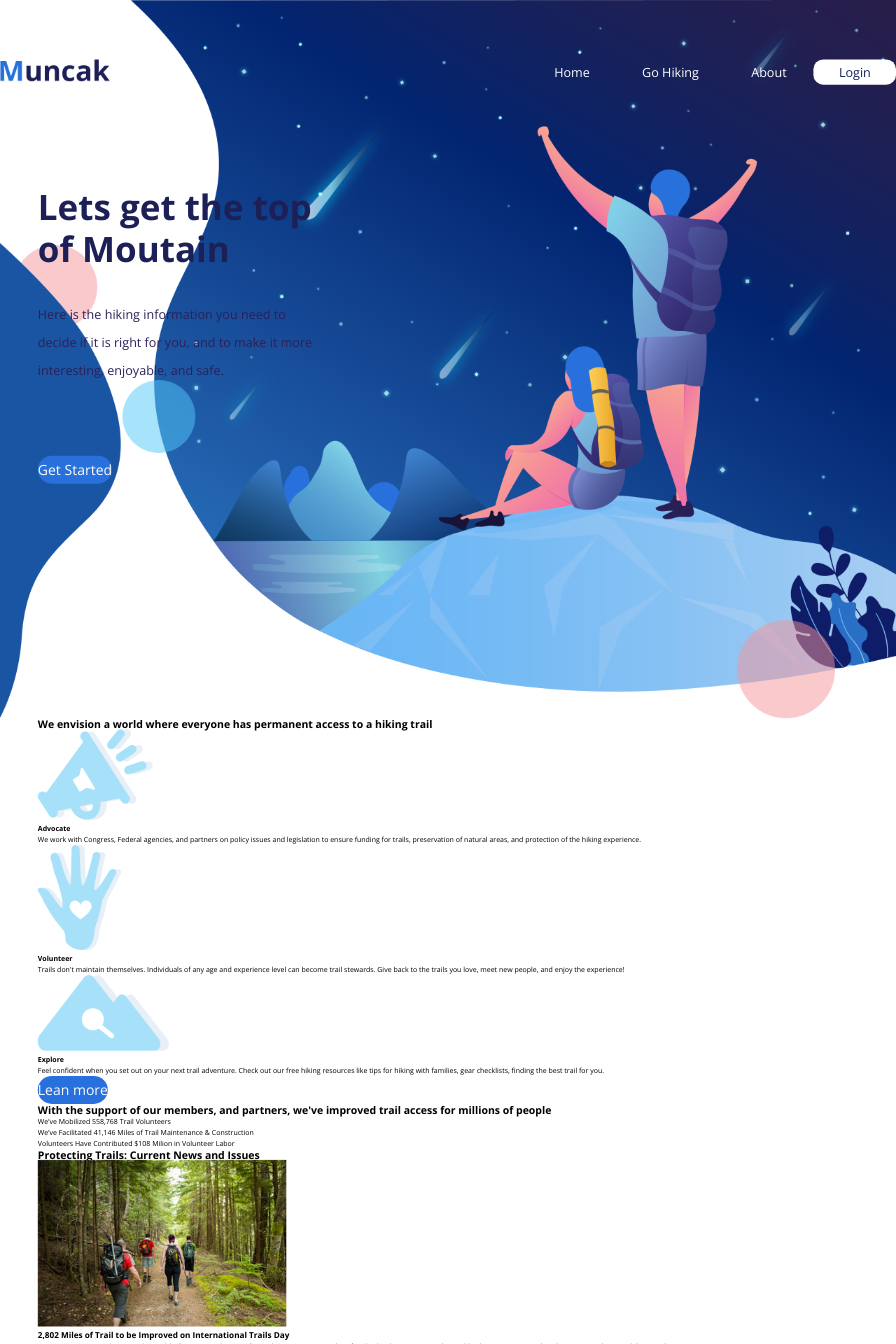
Repository: huubinh98/Project
Page: muncak/index.html
The author's editor kept a copy of each file at every save. The page is drawn from the files as they stood at one save, then again after the next save.
The browser window is 1280 px wide. The pictures show the part of the page from y = 0 to 1920 px (the page is 3013 px tall), at 70% of full size.

Above is the page before, as saved 2021-08-28 16:43:49.

### muncak/index.html
<!DOCTYPE html>
<html lang="en">

<head>
    <meta charset="UTF-8">
    <meta http-equiv="X-UA-Compatible" content="IE=edge">
    <meta name="viewport" content="width=device-width, initial-scale=1.0">
    <link rel="stylesheet" href="./style.css">
    <link rel="preconnect" href="https://fonts.googleapis.com">
    <link rel="preconnect" href="https://fonts.gstatic.com" crossorigin>
    <link href="https://fonts.googleapis.com/css2?family=Open+Sans:wght@300;400;600;700&display=swap" rel="stylesheet">
    <title>Muncak</title>
</head>

<body>
    <header class="header">
        <div class="container header-nav">
            <h1 class="logo"><a href="" class="logo-link"><img src="./image/Muncak.png" alt="" class="logo-img"></a>
            </h1>
            <ul class="nav-list">
                <li class="nav-item">
                    <a href="" class="nav-item-link">Home</a>
                </li>
                <li class="nav-item">
                    <a href="" class="nav-item-link">Go Hiking</a>
                </li>
                <li class="nav-item">
                    <a href="" class="nav-item-link">About</a>
                </li>
                <li class="nav-item">
                    <a href="" class="nav-item-link nav-highlight">Login</a>
                </li>
            </ul>
        </div>
        <div class="container-small">
            <h1 class="heading-banner">Lets get the top of Moutain</h1>
            <p class="heading-desc">Here is the hiking information you need to decide
                if it is right for you, and to make it more interesting,
                enjoyable, and safe.</p>
            <a href="#" class="btn"> Get Started</a>
        </div>
    </header>
    <section class="about">
        <div class="container-small">
            <h2 class="heading-name">We envision a world where everyone
                has permanent access to a hiking trail</h2>
            <div class="about-item">
                <img src="./image/loa.png" alt="loa" class="about-img">
                <div class="about-content">
                    <h4 class="about-content-heading">Advocate</h4>
                    <p class="about-content-desc">We work with Congress, Federal agencies, and partners on policy issues
                        and legislation to ensure funding for trails, preservation of natural areas, and protection of
                        the hiking experience.</p>
                </div>
            </div>
            <div class="about-item">
                <img src="./image/bantay.png" alt="loa" class="about-img">
                <div class="about-content">
                    <h4 class="about-content-heading">Volunteer </h4>
                    <p class="about-content-desc">Trails don't maintain themselves. Individuals of any age and
                        experience level can become trail stewards. Give back to the trails you love, meet new people,
                        and enjoy the experience!</p>
                </div>
            </div>
            <div class="about-item">
                <img src="./image/nui.png" alt="loa" class="about-img">
                <div class="about-content">
                    <h4 class="about-content-heading">Explore</h4>
                    <p class="about-content-desc">Feel confident when you set out on your next trail adventure. Check
                        out our free hiking resources like tips for hiking with families, gear checklists, finding the
                        best trail for you.</p>
                </div>
            </div>
            <a href="" class="btn">Lean more</a>
        </div>
        <div class="container-small">
            <h2 class="heading-name">With the support of our members, and partners, we've improved trail access for millions of people</h2>
            <div class="customer-content">
                <p class="customer-text">We’ve Mobilized <span>558,768</span> Trail Volunteers</p>
                <p class="customer-text">We’ve Facilitated <span>41,146</span>
                    Miles of Trail Maintenance & Construction</p>
                <p class="customer-text">Volunteers Have Contributed <span>$108 Milion</span> in Volunteer Labor</p>
            </div>
        </div>
    </section>

    <!-- -----------new--------------- -->
    <section class="new">
        <div class="container-small">
            <h2 class="heading-name">Protecting Trails: Current News and Issues</h2>
            <div class="new-content">
                <div class="new-item">
                    <a href="#" class="new-item-link">
                        <img src="./image/pic1.jpg" alt="pic1" class="new-item-img">
                    </a>
                    <div class="new-item-text">
                        <h3 class="new-item-name">2,802 Miles of Trail to be Improved on International Trails Day</h3>
                        <p class="new-item-desc">On June 2, 2018, people across the worldwill come together to
                            collectively improve 2,802 miles of trail—the distance across the world—during International
                            Trails Day. Muncak invites hikers, cyclists,…</p>
                        <a href="#" class="new-item-link">Read More</a>
                    </div>
                </div>
                <div class="new-item">
                    <a href="#" class="new-item-link">
                        <img src="./image/pic2.jpg" alt="pic1" class="new-item-img">
                    </a>
                    <div class="new-item-text">
                        <h3 class="new-item-name">Four Ways to Celebrate International Trails Day on a Bicycle</h3>
                        <p class="new-item-desc">There are many ways to celebrate the International Trails Day on June 2. It’s even possible to participate on a bicycle. And if you go on a bike overnight trip during International Trails Dayyou will simultaneously…</p>
                        <a href="#" class="new-item-link">Read More</a>
                    </div>
                </div>
                <div class="new-item">
                    <a href="#" class="new-item-link">
                        <img src="./image/pic3.jpg" alt="pic1" class="new-item-img">
                    </a>
                    <div class="new-item-text">
                        <h3 class="new-item-name">Millennials are the Future of our Trails</h3>
                        <p class="new-item-desc">The smell of fresh dew is a welcome scent, as the crunch of my boots melds with the sound of the birds singing their morning song. It’s early and I am wearing layers, but it won’t be long until they are peeled away to adapt to the summer…</p>
                        <a href="#" class="new-item-link">Read More</a>
                    </div>
                </div>
            </div>
        </div>
    </section>

    <div class="contact-footer">
        <div class="container">
            <h5 class="contact-heading">Receive the latest updates on how to protect trails.
                Subscribe to the monthly edition of Paperless Trails.</h5>
            <form action="">
                <input type="text" name="Name" id="" class="form-input">
                <input type="text" name="Email" id="" class="form-input">
                <button type="submit">Subscribe</button>
            </form>
        </div>
        <footer class="footer container">
            <div class="footer-info">
                <div class="footer-item">
                    <h4>Contact US</h4>
                    <p>Muncak hiking society
                        8605 Second Ave.
                        Silver Spring, MD 20910</p>
                    <p>
                        <span>Info@muncak.org</span>
                        <span>1-301-565-6704 (Main)</span>
                        <span>1-800-972-8608 (Toll-free)</span>
                    </p>
                </div>
                <div class="footer-item">
                    <h4>About us</h4>
                    <ul>
                        <li>
                            <a href="">Our Mission</a>
                        </li>
                        <li>
                            <a href="">Our Team</a>
                        </li>
                        <li>
                            <a href="">Corporate Sponsors</a>
                        </li>
                        <li>
                            <a href="">Financials</a>
                        </li>
                        <li>
                            <a href="">Media Center</a>
                        </li>
                    </ul>
                </div>
                <div class="footer-item">
                    <h4>Our Programs</h4>
                    <ul>
                        <li>
                            <a href="">Hike The Hill</a>
                        </li>
                        <li>
                            <a href="">Volunteer Vacations</a>
                        </li>
                        <li>
                            <a href="">Alternative Break</a>
                        </li>
                    </ul>
                </div>
                <div class="footer-item">
                    <h4>support trails</h4>
                    <ul>
                        <li>
                            <a href="">Donate</a>
                        </li>
                        <li>
                            <a href="">Individual Membership</a>
                        </li>
                        <li>
                            <a href="">Gift membership</a>
                        </li>
                        <li>
                            <a href="">Hiker Store</a>
                        </li>
                    </ul>
                </div>
                <div class="footer-item">
                    <h4>hiking resources</h4>
                    <ul>
                        <li>
                            <a href="">Hikes Near You</a>
                        </li>
                        <li>
                            <a href="">Hiking 101</a>
                        </li>
                        <li>
                            <a href="">Muncak Blog</a>
                        </li>
                        <li>
                            <a href="">Hiking Organizations</a>
                        </li>
                    </ul>
                </div>
            </div>
            <ul class="socical">
                <li class="socical-item">
                    <a href="" class="socical-item-link">
                        <img src="./image/instar.png" alt="" class="socical-item-img">
                    </a>
                </li>
                <li class="socical-item">
                    <a href="" class="socical-item-link">
                        <img src="./image/facebook.png" alt="" class="socical-item-img">
                    </a>
                </li>
                <li class="socical-item">
                    <a href="" class="socical-item-link">
                        <img src="./image/tiwer.png" alt="" class="socical-item-img">
                    </a>
                </li>
            </ul>
        </footer>
    </div>
</body>

</html>

### muncak/style.css
* {
    margin: 0;
    padding: 0;
    box-sizing: border-box;
}

html {
    font-size: 62.5%;
    line-height: 1.6rem;
    font-family: 'Open Sans', sans-serif;
    scroll-behavior: smooth;
}

ul, li {
    list-style: none;
}

a {
    text-decoration: none;
}

.container {
    max-width: 1404px;
    width: 100%;
    margin: 0 auto;
}

.container-small {
    max-width: 1172px;
    width: 100%;
    margin: 0 auto;
}

.btn {
    font-size: 2rem;
    line-height: 4rem;
    color: #fbfcfc;
    background-color: #2870db;
    border-radius: 20px;
    display: inline-block;
}

.header {
    margin: 0 auto;
    max-width: 1900px;
    height: 1026px;
    background-color: white;
    background-image: url(./image/backgroudleft1.png), url(./image/Muncak-Landing-Page.png);
    background-position: left bottom, right top;
    background-repeat: no-repeat, no-repeat;
}

.header-nav {
    display: flex;
    justify-content: space-between;
    padding-top: 85px;
}

.logo{

}
.logo-link{

}
.logo-img{

}
.nav-list{

}
.nav-item{
    display: inline-block;
}
.nav-item-link{
    font-size: 1.8rem;
    font-weight: 400;
    line-height: 3.6rem;
    color: #fff;
    padding: 0 36px;
    display: inline-block;
}

.nav-highlight {
    background-color: #fff;
    color: #14215e;
    border-radius: 14px;
}

.heading-banner {
    font-size: 5rem;
    line-height: 6rem;
    color: #1c2056;
    margin-top: 144px;
    max-width: 400px;
}

.heading-desc {
    font-size: 1.8rem;
    line-height: 4rem;
    color: #2d2058;
    max-width: 400px;
    margin-top: 43px;
    margin-bottom: 103px;
}

After the next save:
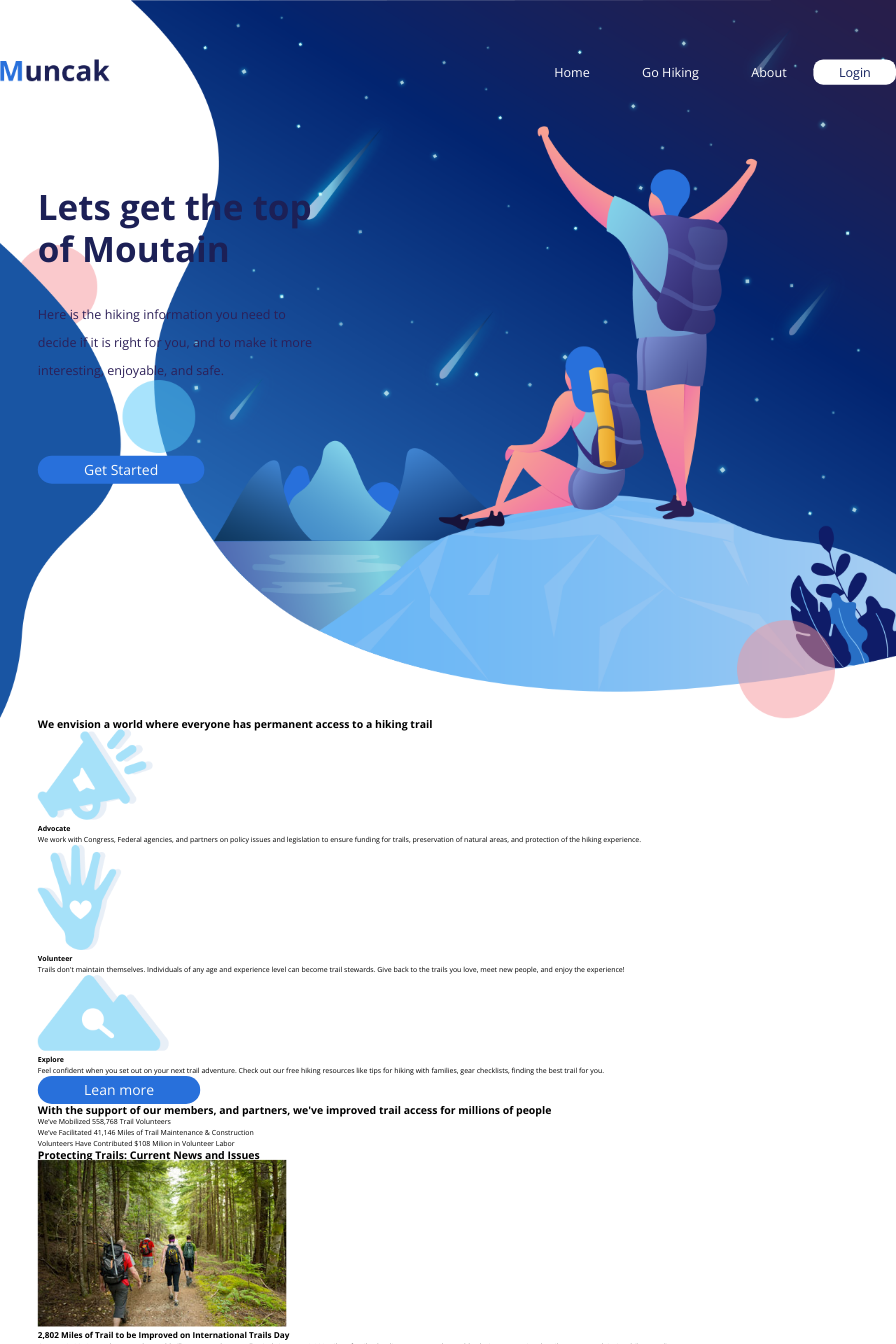
Saved 41 s later.
--- a/muncak/style.css
+++ b/muncak/style.css
@@ -38,6 +38,7 @@ a {
     background-color: #2870db;
     border-radius: 20px;
     display: inline-block;
+    padding: 0 66px;
 }
 
 .header {
